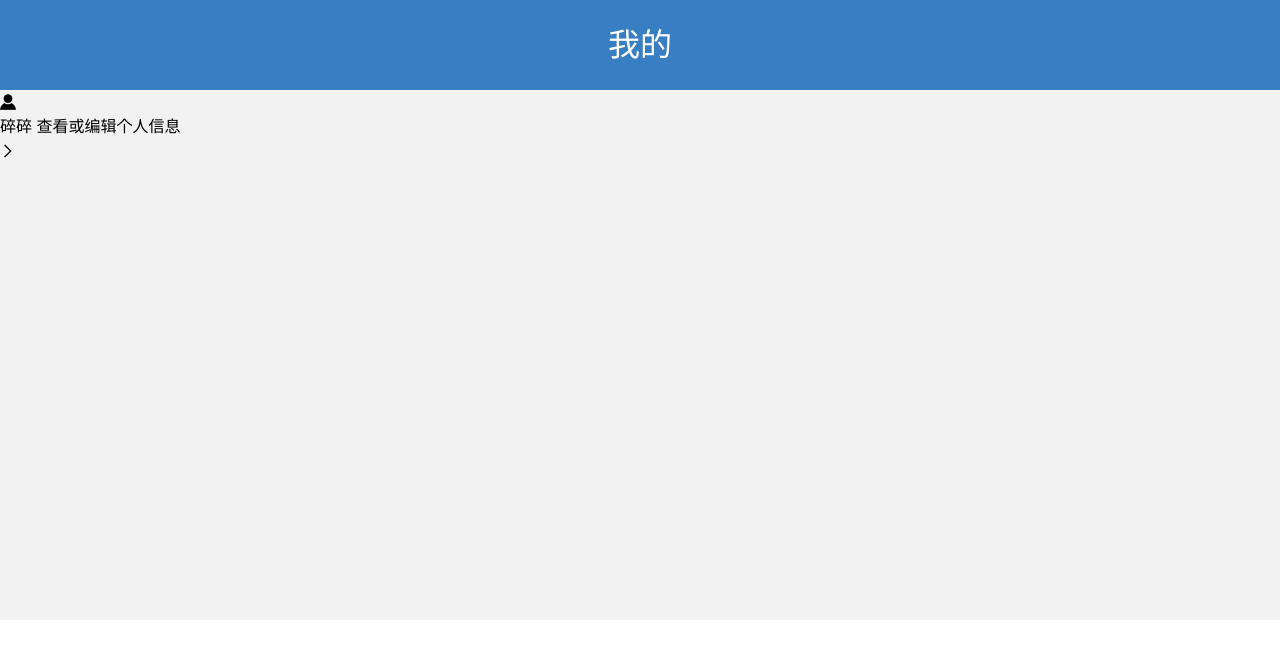
Repository: A1LExX/H5_study_set
Page: myProfile/index.html
These files come from the project's save history. The page is drawn as it stood at one moment and after the next save; the edit follows.
The browser window is 1280 px wide. The pictures show the whole page.

Above is the page before, as saved 2021-07-12 19:59:22.

After the next save:
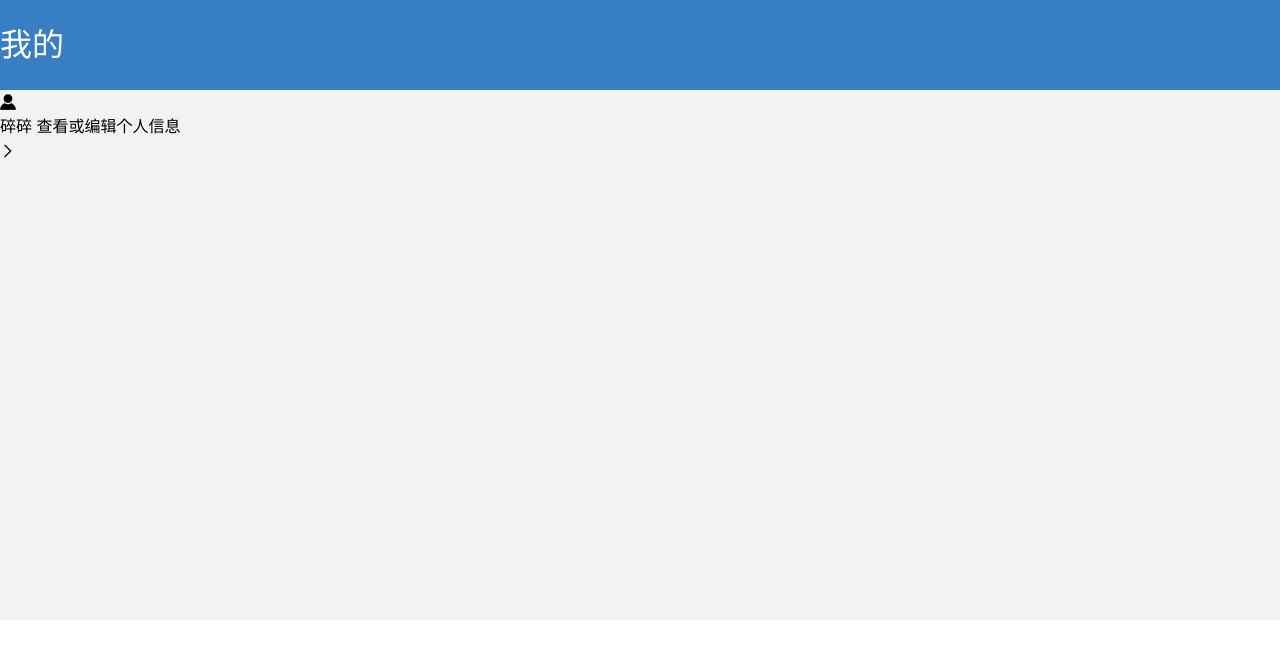
Saved 17 s later.
--- a/myProfile/css/index.css
+++ b/myProfile/css/index.css
@@ -2,7 +2,7 @@
  * @author [Alex Wei]
  * @email [w2262196@outlook.com]
  * @create date 2021-07-12 19:23:21
- * @modify date 2021-07-12 19:59:22
+ * @modify date 2021-07-12 19:59:38
  * @desc [description]
  */
 html, body{
@@ -22,6 +22,7 @@
     font-size: .32rem;
     line-height: .9rem;
     text-align: center;
+    display: flex;
 }
 
 #top .profileImg{

After the 2 saves that followed:
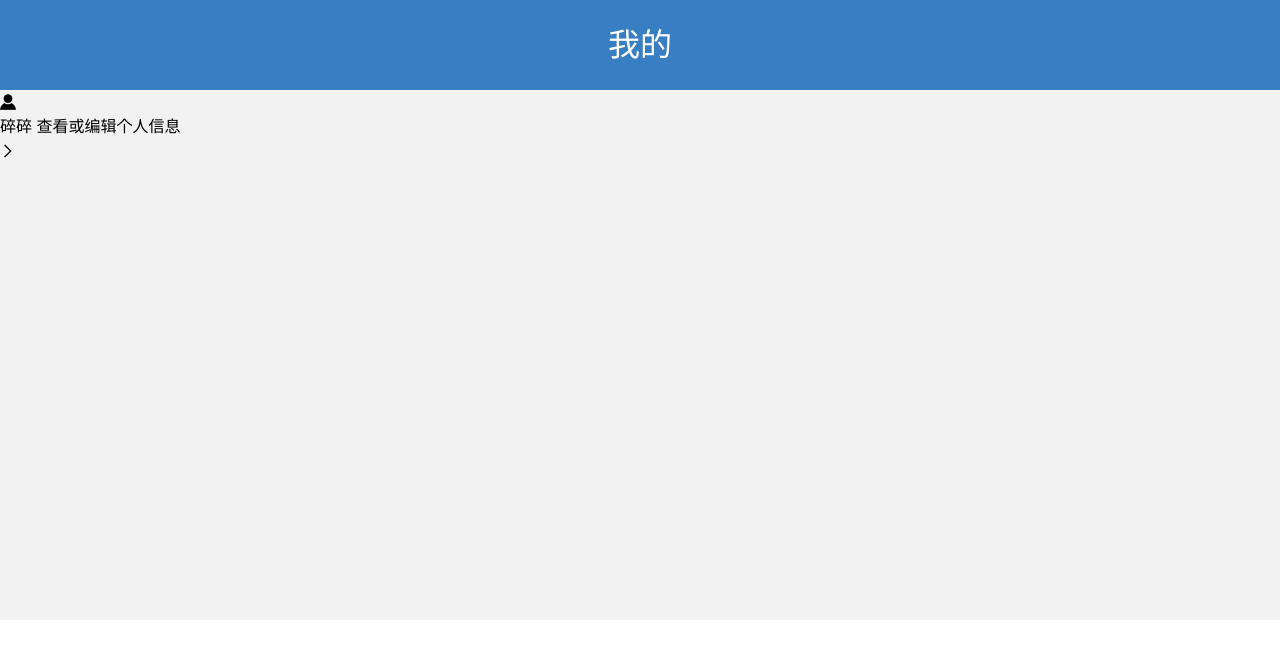
The 2 saves are shown as one change because 1 left the picture as it was.
The last was saved 26 s later.
--- a/myProfile/css/index.css
+++ b/myProfile/css/index.css
@@ -2,7 +2,7 @@
  * @author [Alex Wei]
  * @email [w2262196@outlook.com]
  * @create date 2021-07-12 19:23:21
- * @modify date 2021-07-12 19:59:38
+ * @modify date 2021-07-12 20:00:05
  * @desc [description]
  */
 html, body{
@@ -23,6 +23,7 @@
     line-height: .9rem;
     text-align: center;
     display: flex;
+    flex-direction: column;
 }
 
 #top .profileImg{
